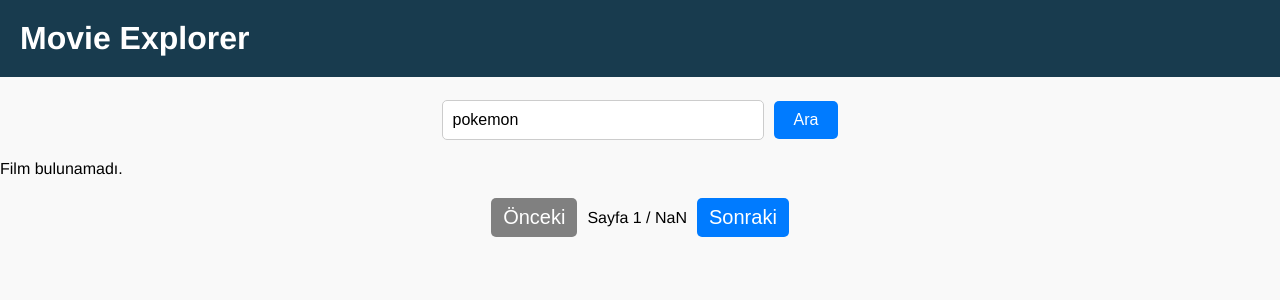
Repository: denizdizi/movie-explorer
Page: /
An editor plug-in stored every save of this project. The page is shown before and after the next save, followed by the edit.
The browser window is 1280 px wide. The pictures show the whole page.
The page's requests for data from a server got no answer. The project was rebuilt for these pictures with package versions that can differ from the ones it lists, and the page was loaded fresh each time. No one was signed in, and anything a server would have sent is missing. Also part of the build but not shown: src/App.css, src/components/MovieCard.js.

Above is the page before, as saved 2025-03-28 22:03:37.

After the next save:
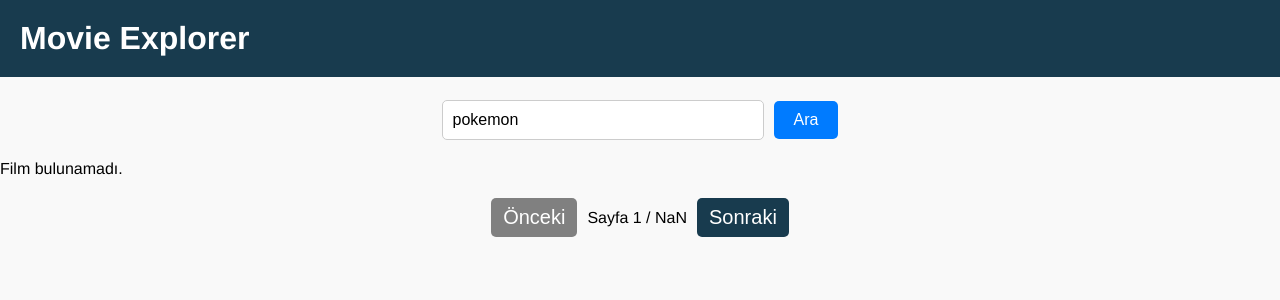
Saved 18 s later.
--- a/src/styles/global.scss
+++ b/src/styles/global.scss
@@ -158,7 +158,7 @@ body {
       font-size: 20px;
       cursor: pointer;
       border: none;
-      background: #007bff;
+      background: #183B4E;
       color: white;
       border-radius: 5px;
 
